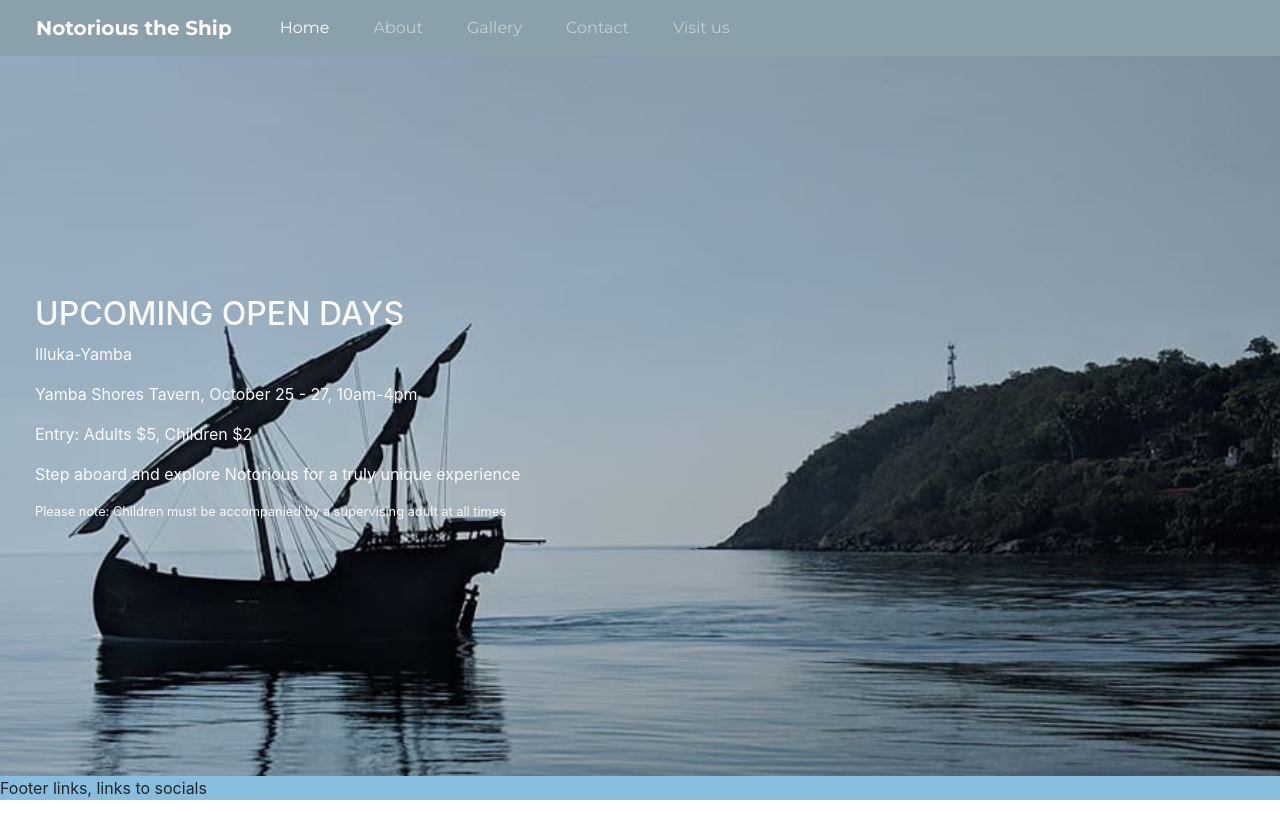
Repository: TSRose/NotorioustheShip
Page: open.html
The author's editor kept a record of every edit. The page is drawn from the files as they stood at one moment, then again after the next edit.
The browser window is 1280 px wide. The pictures show the whole page.
Backgrounds fixed to the window are drawn as part of the page.

Above is the page before.

### open.html
<!DOCTYPE html>
<html lang="en">

<head>
    <meta charset="UTF-8">
    <meta name="viewport" content="width=device-width, initial-scale=1.0">
    <meta http-equiv="X-UA-Compatible" content="ie=edge">
    <link rel="stylesheet" href="https://stackpath.bootstrapcdn.com/bootstrap/4.3.1/css/bootstrap.min.css" type="text/css" />
    <link rel="stylesheet" href="https://stackpath.bootstrapcdn.com/font-awesome/4.7.0/css/font-awesome.min.css">
    <link rel="stylesheet" href="assets/css/style.css" type="text/css">
    <title>Notorious the Ship</title>
</head>

<body>
    <nav class="navbar navbar-dark navbar-expand-sm">
        <a href="index.html" class="navbar-brand">Notorious the Ship</a>
        <button class="navbar-toggler ml-auto" type="button" data-toggle="collapse" data-target="#navbarNavDropdown" aria-controls="navbarNavDropdown" aria-expanded="false" aria-label="Toggle navigation">
      <span class="navbar-toggler-icon"></span></button>
        <div class="collapse navbar-collapse" id="navbarNavDropdown">
            <ul class="navbar-nav mr-auto">
                <li class="active nav-item mr-2"><a class="nav-link" href="index.html">Home</a></li>
                <li class="nav-item mr-2"><a class="nav-link" href="about.html">About</a></li>
                <li class="nav-item mr-2"><a class="nav-link" href="gallery.html">Gallery</a></li>
                <li class="nav-item mr-2"><a class="nav-link" href="contact.html">Contact</a></li>
                <li class="nav-item mr-2"><a class="nav-link" href="open.html">Visit us</a></li>
            </ul>
        </div>
    </nav>

    <!---------------------------open days----->

    <div class="container-fluid landing-container">
        <section class="landing">
            <div class="row">
                <div class="col-12">
                    <div class="jumbotron-landing">
                        <h2 class="text-uppercase jumbotron-heading">Upcoming Open Days</h2>
                        <p class="landing-subheading">Illuka-Yamba</p>
                        <p class="landing-subheading">Yamba Shores Tavern, October 25 - 27, 10am-4pm</p>
                        <p class="landing-subheading">Entry: Adults $5, Children $2</p>
                        <p class="landing-subheading">Step aboard and explore Notorious for a truly unique experience</p>
                        <p class="small">Please note: Children must be accompanied by a supervising adult at all times</p>
                    </div>
                </div>
            </div>
        </section>
    </div>


    <footer>
        <p>Footer links, links to socials </p>
    </footer>

    <script src="https://code.jquery.com/jquery-3.3.1.slim.min.js" integrity="sha384-q8i/X+965DzO0rT7abK41JStQIAqVgRVzpbzo5smXKp4YfRvH+8abtTE1Pi6jizo" crossorigin="anonymous"></script>
    <script src="https://cdnjs.cloudflare.com/ajax/libs/popper.js/1.14.7/umd/popper.min.js" integrity="sha384-UO2eT0CpHqdSJQ6hJty5KVphtPhzWj9WO1clHTMGa3JDZwrnQq4sF86dIHNDz0W1" crossorigin="anonymous"></script>
    <script src="https://stackpath.bootstrapcdn.com/bootstrap/4.3.1/js/bootstrap.min.js" integrity="sha384-JjSmVgyd0p3pXB1rRibZUAYoIIy6OrQ6VrjIEaFf/nJGzIxFDsf4x0xIM+B07jRM" crossorigin="anonymous"></script>

</body>

</html>

### assets/css/style.css
@import url('https://fonts.googleapis.com/css?family=Montserrat:100,200,300,400,500,600,700|Roboto:100,200,300,400,500,600,700');

body {
    margin: 10;
    padding: 0;
}

header {
    margin: 0;
}

footer {
    background-color: #89bddd;
    border-color: #89bddd;
}

/*-------------------------------- navbar */

.navbar-brand {
    font-family: "Montserrat", sans-serif;
    color: #fafafa;
    margin: 0 20px;
}

.nav-item {
    color: #fafafa;
    font-family: "Montserrat", sans-serif;
    margin: 0 20px;
}

.list-inline {
    text-align: center;
}

.navbar {
    color: #aaa;
    background-color: #8aa0aa;
    margin-bottom: 0;
    border: 0;
    width: 100%;
}

.navbar .navbar-toggler {
    border: 0;
}

.navbar-brand {
    font-weight: 700;
}

/*---------------------------------Landing ----*/

.landing-container {
    height: 100VH;
    background: url("../images/notorious_portdouglas_xsm_crop.jpg") no-repeat center center fixed;
    -webkit-background-size: cover;
    -moz-background-size: cover;
    -o-background-size: cover;
    background-size: cover;
    display: flex;
    align-items: center;
    justify-content: center;
    position: relative;
}

.text-uppercase {
    text-transform: uppercase;
}

.landing-subheading {
    padding: 0 0px;
    text-align: left;
}

.landing {
  margin: 10px;
  width: 100%;
  padding: 10px;
}

/*--------------------------------Jumbotron*/

.jumbotron-landing {
    background-color: transparent;
    padding-left: 0px;
    padding-top: 30px;
    padding-bottom: 30px;
    color: #fafafa;
}

.jumbotron-header {
    font-weight: bold;
    margin-bottom: 35px;
    margin: 50px;
    text-transform: capitalize;
    padding: 50px;
}

@media (min-width: 576px) {
    .landing-container {
        background: url("../images/notorious_portdouglas_sm_crop.jpg") no-repeat center center fixed;
    }
}

@media (min-width: 768px) {
    .landing-container {
        background: url("../images/notorious_portdouglas_md_crop.jpg") no-repeat center center fixed;
    }
}

@media (min-width: 1030px) {
    .landing-container {
        background: url("../images/notorious_portdouglas.PNG") no-repeat center center fixed;
    }
}


/*--------------------------------------- contact form*/

.contact-heading {
    font-family: "Montserrat", sans-serif;
    font-weight: 200;
    margin-top: 25px;
    margin-bottom: 20px;
}

.center-form {
    padding-top: 10px;
    margin: 0 auto;
    max-width: 70%;
}

button[type="submit"] {
    margin-top: 15px;
    margin-bottom: 20px;
    color: #fafafa;
    background-color: #3498db;
}

.col .btn {
    padding: 0 15;
}

@media(max-width: 991px) {
    .center-form {
        padding-top: 30px;
        min-height: 240px;
        margin: 0 auto;
        max-width: 70%;
    }
}

@media(min-width: 992px) {
    .center-form {
        padding-top: 30px;
        min-height: 240px;
        margin: 0 auto;
        max-width: 50%;
    }
}

@media(min-width: 992px) {
    .contact-heading {
        font-family: "Montserrat", sans-serif;
        font-weight: 400;
        margin-top: 25px;
        margin-bottom: 20px;
    }
}


/*-----------------------------------Buttons*/

.btn--learnmore {
    font-weight: bold;
    font-size: small;
    border-radius: 23px;
    width: 180px;
}


.btn--learnmore:hover,
.but--learnmore:active,
.btn--learnmore:focus,
.btn--learnmore:active:focus {
    background-color: #89bddd;
    border-color: #89bddd;
}

/*-----------------------------------Footer*/
.social-links {
    margin-top: 10px;
    padding-bottom: 10px;
}

.list-inline-item {
    padding-left: 5px;
    padding-right: 5px;
}



.about-container {
    margin: 15px;
}

.article-container {
    margin: 15px;
}
}

After the next edit:
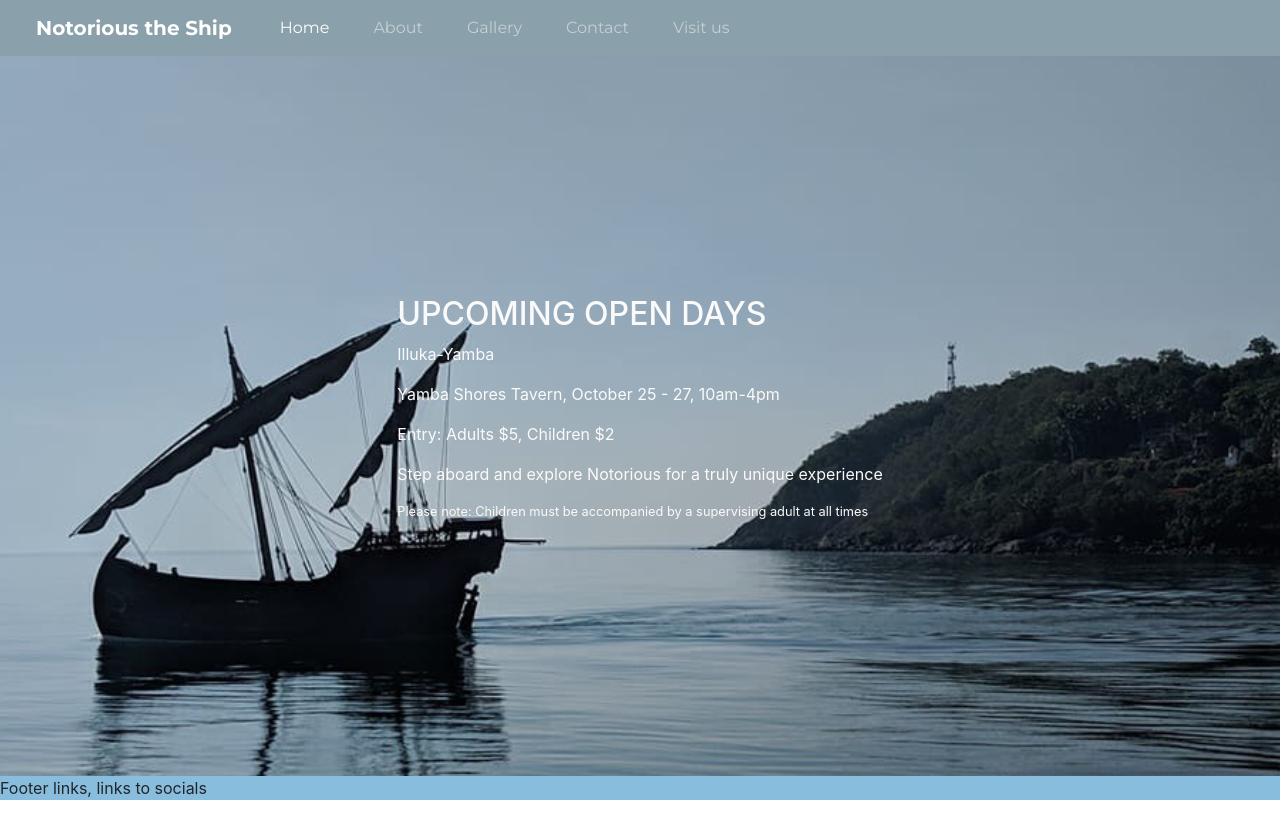
The edit:
--- a/assets/css/style.css
+++ b/assets/css/style.css
@@ -73,9 +73,7 @@
 }
 
 .landing {
-  margin: 10px;
-  width: 100%;
-  padding: 10px;
+  position: fixed;
 }
 
 /*--------------------------------Jumbotron*/
